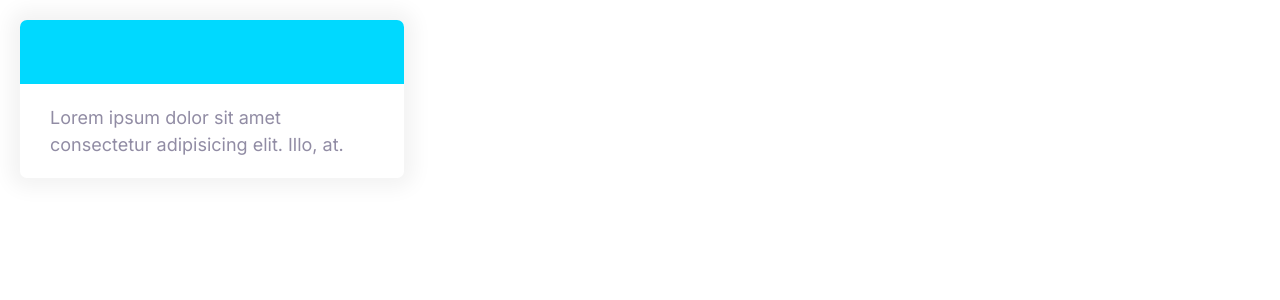
Repository: Qiwenweiii/CodeWithMosh
Page: index.html
The author's editor kept a copy of each file at every save. The page is drawn from the files as they stood at one save, then again after the next save.
The browser window is 1280 px wide. The pictures show the whole page.

Above is the page before, as saved 2021-11-11 22:00:25.

After the next save:
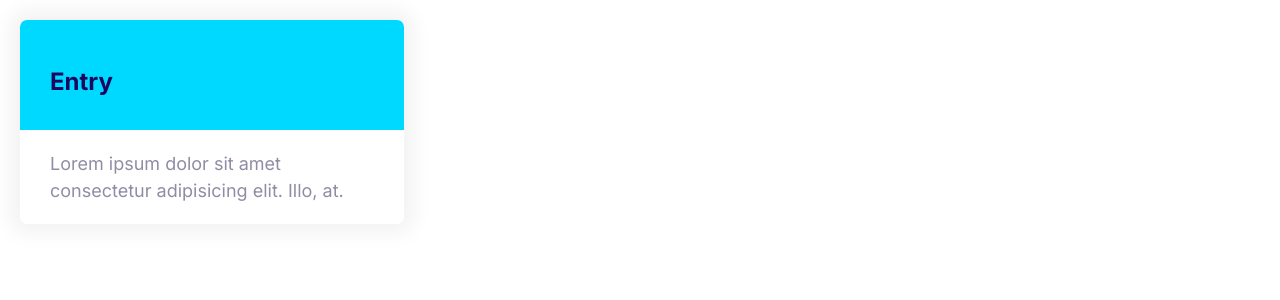
Saved 5 s later.
--- a/index.html
+++ b/index.html
@@ -18,7 +18,7 @@
         <div class="plan">
             <div class="card card--secondary">
                 <header class="card__header">
-                    <h3></h3>
+                    <h3>Entry</h3>
                 </header>
                 <div class="card__body">
                     Lorem ipsum dolor sit amet consectetur adipisicing elit. Illo, at.
